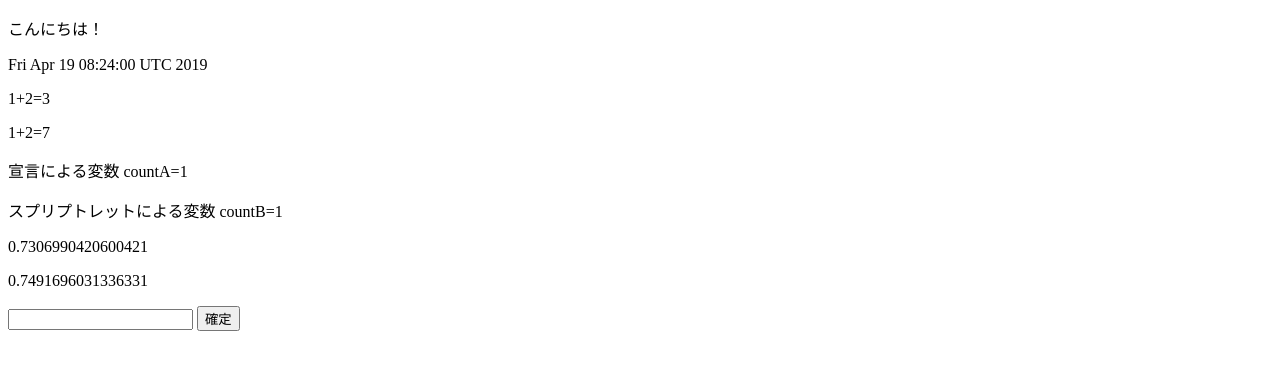
Repository: emiK1229/test
Page: http://localhost/HelloJSP/
These files come from the project's save history. The page is drawn as it stood at one moment and after the next save; the edit follows.
The browser window is 1280 px wide. The pictures show the whole page.
The page is served by Tomcat 9.

Above is the page before, as saved 2019-04-22 01:27:39.

After the next save:
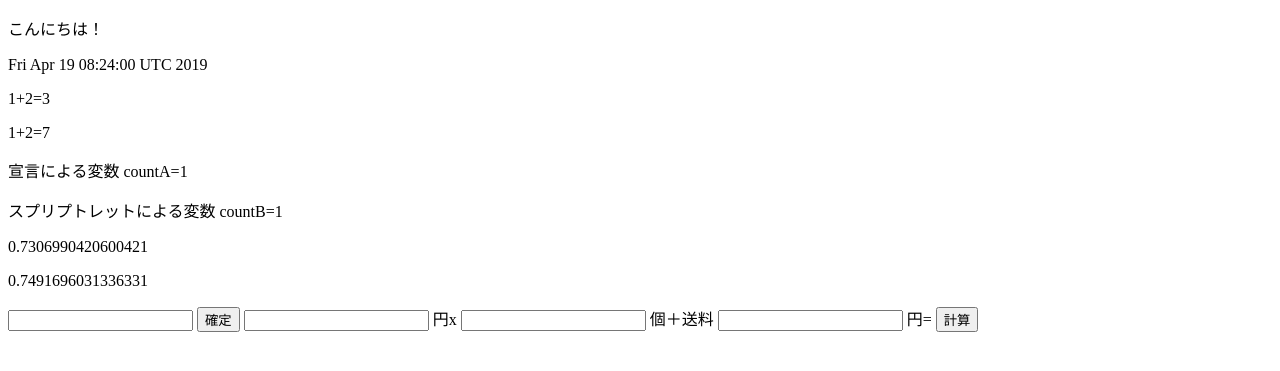
Saved 2 min 57 s later.
--- a/HelloJSP/WebContent/index.jsp
+++ b/HelloJSP/WebContent/index.jsp
@@ -33,6 +33,16 @@ countB++;
 <form method="post" action="greeting-out.jsp">
 <input type="text" name="user">
 <input type="submit" value="確定">
+
+<form method="post" action="total-out.jsp">
+<input type="text" name="price">
+円x
+<input type="text" name="count">
+個＋送料
+<input type="text" name="delivery">
+円=
+<input type="submit" value="計算">
+</form>
 </form>
 </body>
 </html>
